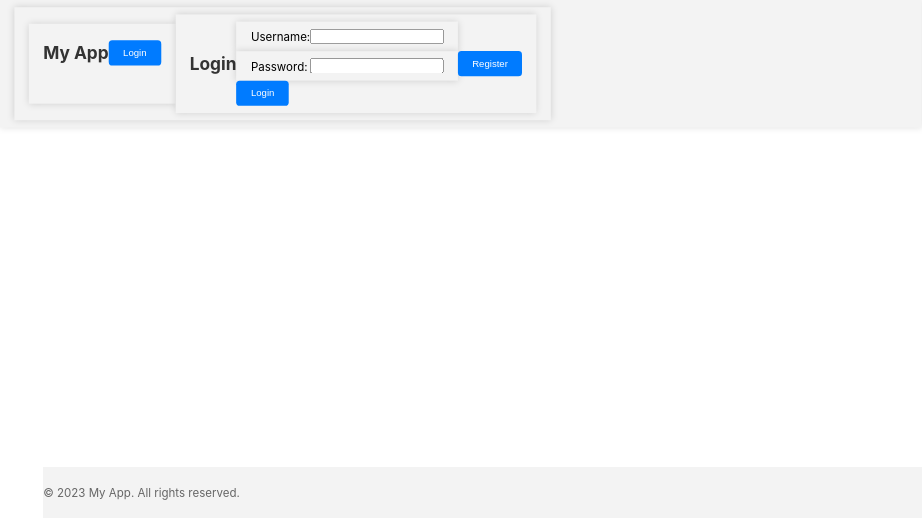
Repository: iMlearnDinG/react-app-v2
Page: /
These files come from the project's save history. The page is drawn as it stood at one moment and after the next save; the edit follows.
The browser window is 1280 px wide. The pictures show the whole page, at 72% of full size.
The page's requests for data from a server got no answer. The project was rebuilt for these pictures with package versions that can differ from the ones it lists, and the page was loaded fresh each time. No one was signed in, and anything a server would have sent is missing. Also part of the build but not shown: src/components/Register.js, src/components/Lobby.js, src/components/Game.js, src/components/Menu.js.

Above is the page before, as saved 2023-07-19 01:54:03.

### src/index.js
import React from 'react';
import ReactDOM from 'react-dom/client';
import './index.css';
import App from './App';
import reportWebVitals from './reportWebVitals';

ReactDOM.createRoot(document.getElementById('root')).render(
  <React.StrictMode>
    <App />
  </React.StrictMode>,
);

// If you want to start measuring performance in your app, pass a function
// to log results (for example: reportWebVitals(console.log))
// or send to an analytics endpoint. Learn more: https://bit.ly/CRA-vitals
reportWebVitals();

### src/App.js
import React, { useContext, useEffect } from 'react';
import { BrowserRouter as Router, Routes, Route, useNavigate } from 'react-router-dom';
import { AuthProvider, AuthContext } from './config/AuthContext';
import Login from './components/Login';
import Register from './components/Register';
import Lobby from './components/Lobby';
import Game from './components/Game';
import Menu from './components/Menu';
import Navbar from './components/Navbar'
import SessionRenewal from './SessionRenewal';

function PrivateRoute({ children }) {
  const { user, loading } = useContext(AuthContext);
  const navigate = useNavigate();

  useEffect(() => {
    if (!loading && !user) {
      navigate('/login', { replace: true });
    }
  }, [loading, user, navigate]);

  if (loading) {
    return <div>Loading...</div>;
  }

  if (!user) {
    return null;
  }

  return children;
}

function App() {
  return (
    <Router>
      <div className="App">
        <AuthProvider>
          <Navbar />
          <Routes>
            <Route path="/" element={<Login />} />
            <Route path="/login" element={<Login />} />
            <Route path="/register" element={<Register />} />
            <Route path="/lobby" element={<PrivateRoute><Lobby /></PrivateRoute>} />
            <Route path="/game" element={<PrivateRoute><Game /></PrivateRoute>} />
            <Route path="/menu" element={<PrivateRoute><Menu /></PrivateRoute>} />
          </Routes>
        </AuthProvider>
      </div>
    </Router>
  );
}

export default SessionRenewal(App);

### src/config/AuthContext.js
import React, { createContext, useState, useEffect } from 'react';

export const AuthContext = createContext();

export function AuthProvider({ children }) {
  const [user, setUser] = useState(null);
  const [loading, setLoading] = useState(true);

  useEffect(() => {
    // Fetch the current user from the server and update state
    const fetchUser = async () => {
      const response = await fetch(`${process.env.REACT_APP_API_BASE_URL}/auth`, {
        credentials: 'include',
      });
      const data = await response.json();
      if (data.success) {
        setUser(data.data.user);
      }
      setLoading(false);
    };
    fetchUser();
  }, []);

  const value = { user, setUser, loading };

  return <AuthContext.Provider value={value}>{children}</AuthContext.Provider>;
}

### src/components/Login.js
import React, { useState, useContext } from 'react';
import { useNavigate } from 'react-router-dom';
import { AuthContext } from '../config/AuthContext';

function Login() {
  const navigate = useNavigate();
  const { setUser } = useContext(AuthContext);
  const [username, setUsername] = useState('');
  const [password, setPassword] = useState('');
  const [isSubmitting, setIsSubmitting] = useState(false);
  const [error, setError] = useState(null);

  const handleSubmit = async (e) => {
    e.preventDefault();
    setIsSubmitting(true);
    setError(null);

    const response = await fetch(`${process.env.REACT_APP_API_BASE_URL}/login`, {
      method: 'POST',
      headers: { 'Content-Type': 'application/json' },
      body: JSON.stringify({ username, password }),
      credentials: 'include',
    });

    const data = await response.json();
    setIsSubmitting(false);
    if (data.success) {
      setUser(data.data.user);
      navigate('/menu');
    } else {
      setError(data.error);
    }
  };


  const handleInputChange = async (e) => {
    const { name, value } = e.target;
    if (name === 'username') {
      setUsername(value);
    } else if (name === 'password') {
      setPassword(value);
    }
  };

  const isFormValid = username !== '' && password !== '';

  const handleRegisterClick = async () => {
    navigate('/register');
  };

  return (
    <div>
      <h1>Login</h1>
      {error && <p>{error}</p>}
      <form onSubmit={handleSubmit}>
        <div>
          <label htmlFor="username">Username:</label>
          <input
            type="text"
            id="username"
            name="username"
            value={username}
            onChange={handleInputChange}
          />
        </div>
        <div>
          <label htmlFor="password">Password:</label>
          <input
            type="password"
            id="password"
            name="password"
            value={password}
            onChange={handleInputChange}
          />
        </div>
        <button type="submit" disabled={!isFormValid || isSubmitting}>
          Login
        </button>
      </form>
      <button onClick={handleRegisterClick}>Register</button>
    </div>
  );
}

export default Login;

### src/components/Navbar.js
import React, { useContext } from 'react';
import { useNavigate } from 'react-router-dom';
import { AuthContext } from '../config/AuthContext.js';
import axios from 'axios';
import '../css/navbar.css'

const Navbar = () => {
  const navigate = useNavigate();
  const { user, setUser } = useContext(AuthContext);

  const handleLogout = async () => {
    try {
      const res = await axios.post(`${process.env.REACT_APP_API_BASE_URL}/logout`, {}, {
        withCredentials: true,
      });

      if (res.data.success) {
        setUser(null);
        navigate('/login');
      } else {
        console.error(res.data.error);
      }
    } catch (error) {
      console.error(error);
    }
  };

  return (
    <div>
      <header >
        <h1>My App</h1>
        {user && (
          <button onClick={handleLogout}>Logout</button>
        )}
        {!user && (
          <button onClick={() => navigate('/login')}>Login</button>
        )}
      </header>

      <footer>
        <p>© 2023 My App. All rights reserved.</p>
      </footer>
    </div>
  );
};

export default Navbar;

### src/SessionRenewal.js
import React, { useEffect, useRef } from 'react';

function SessionRenewal(WrappedComponent) {
  return function WrappedWithSessionRenewal(props) {
    const activityDetected = useRef(false);

    useEffect(() => {
      let timeoutId;

      const renewSession = () => {
        fetch('/api/renew-session', {
          method: 'POST',
          credentials: 'include', // Include cookies in the request
        })
        .then(res => res.json())
        .then((data) => {
          if (!data.success) {
            console.error('Session renewal failed:', data.error);
          }
        })
        .catch((error) => {
          console.error('Error:', error);
        });
      };

      const resetTimeout = () => {
        console.log('User activity detected');
        if (timeoutId) {
          clearTimeout(timeoutId);
        }
        timeoutId = setTimeout(renewSession, 1); // 5 minutes
      };

      const activityHandler = () => {
        activityDetected.current = true;
      };

      window.addEventListener('mousemove', activityHandler);
      window.addEventListener('keydown', activityHandler);
      window.addEventListener('click', activityHandler);
      window.addEventListener('input', activityHandler);

      const intervalId = setInterval(() => {
        if (activityDetected.current) {
          resetTimeout();
          activityDetected.current = false;
        }
      }, 225000);

      return () => {
        window.removeEventListener('mousemove', activityHandler);
        window.removeEventListener('keydown', activityHandler);
        window.removeEventListener('click', activityHandler);
        window.removeEventListener('input', activityHandler);
        clearTimeout(timeoutId);
        clearInterval(intervalId);
      };
    }, []);

    return <WrappedComponent {...props} />;
  };
}

export default SessionRenewal;

### src/css/navbar.css
div {
    display: flex;
    justify-content: space-between;
    align-items: center;
    padding: 10px 20px;
    background-color: #F3F3F3;
    box-shadow: 0px 0px 10px 0px rgba(0,0,0,0.15);
  }

  header, footer {
    display: flex;
    justify-content: space-between;
    align-items: center;
    width: 100%;
  }

  header {
    margin-bottom: 30px;
  }

  h1 {
    color: #333;
    font-size: 24px;
  }

  button {
    padding: 10px 20px;
    background-color: #007BFF;
    color: #FFF;
    border: none;
    border-radius: 5px;
    cursor: pointer;
    transition: background-color 0.3s ease;
  }

  button:hover {
    background-color: #0056b3;
  }

  footer {
    position: fixed;
    bottom: 0;
    width: 100%;
    background-color: #F3F3F3;
    color: #666;
    text-align: center;
    padding: 10px 0;
  }

### src/css/login.css
div {
    display: flex;
    flex-direction: column;
    align-items: center;
    justify-content: center;
    height: 100vh;
    padding: 20px;
    background-color: #F3F3F3;
  }

  h1 {
    margin-bottom: 20px;
    color: #333;
    font-size: 28px;
  }

  p {
    color: red;
    margin-bottom: 10px;
  }

  form {
    display: flex;
    flex-direction: column;
    width: 300px;
  }

  div label {
    margin-bottom: 5px;
    color: #333;
  }

  div input {
    margin-bottom: 20px;
    padding: 10px;
    border: 1px solid #ccc;
    border-radius: 5px;
  }

  button {
    padding: 10px 20px;
    background-color: #007BFF;
    color: #FFF;
    border: none;
    border-radius: 5px;
    cursor: pointer;
    transition: background-color 0.3s ease;
    margin-bottom: 10px;
  }

  button:disabled {
    background-color: #ccc;
  }

  button:hover:not(:disabled) {
    background-color: #0056b3;
  }

Loaded but not shown: public/index.html (common file); src/index.css (common file); src/reportWebVitals.js (common file)

After the next save:
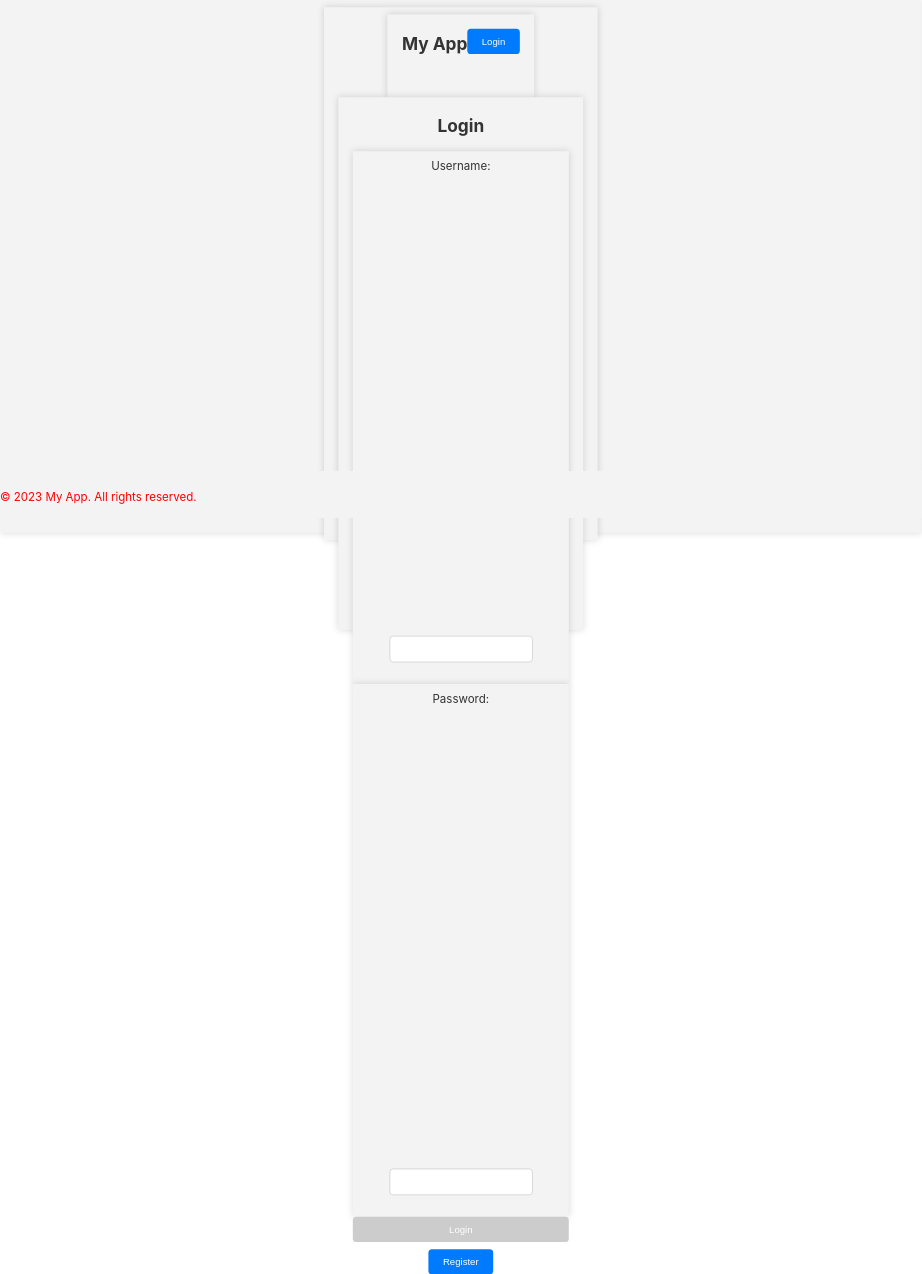
Saved 25 s later.
--- a/src/components/Login.js
+++ b/src/components/Login.js
@@ -1,6 +1,7 @@
 import React, { useState, useContext } from 'react';
 import { useNavigate } from 'react-router-dom';
 import { AuthContext } from '../config/AuthContext';
+import "../css/login.css"
 
 function Login() {
   const navigate = useNavigate();
